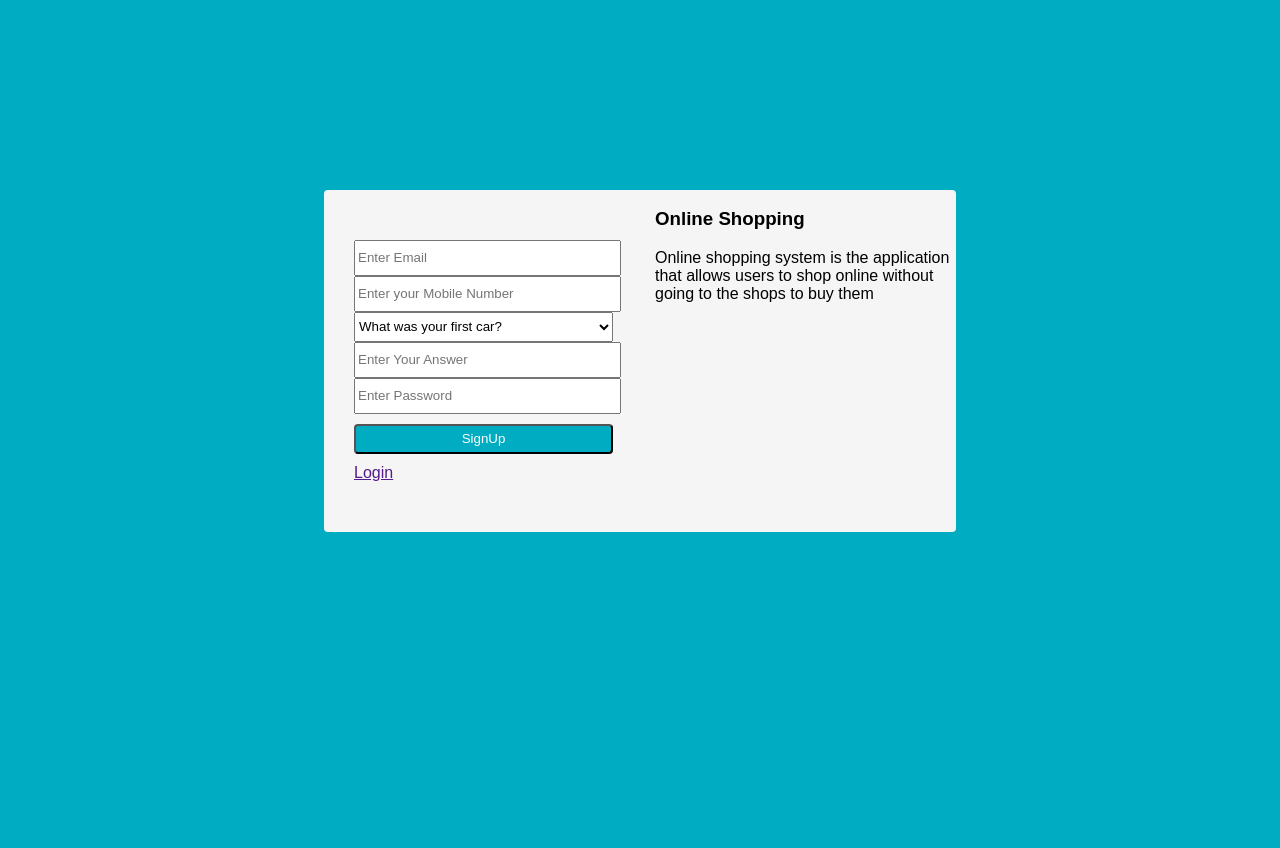
Repository: NidhiDaniel/E-Cart
Page: http://localhost/Online-Shopping-Cart/login.jsp
An editor plug-in stored every save of this project. The page is shown before and after the next save, followed by the edit.
The browser window is 1280 px wide. The pictures show the whole page.
The page is served by Tomcat 9.

Above is the page before, as saved 2024-01-03 09:29:53.

After the next save:
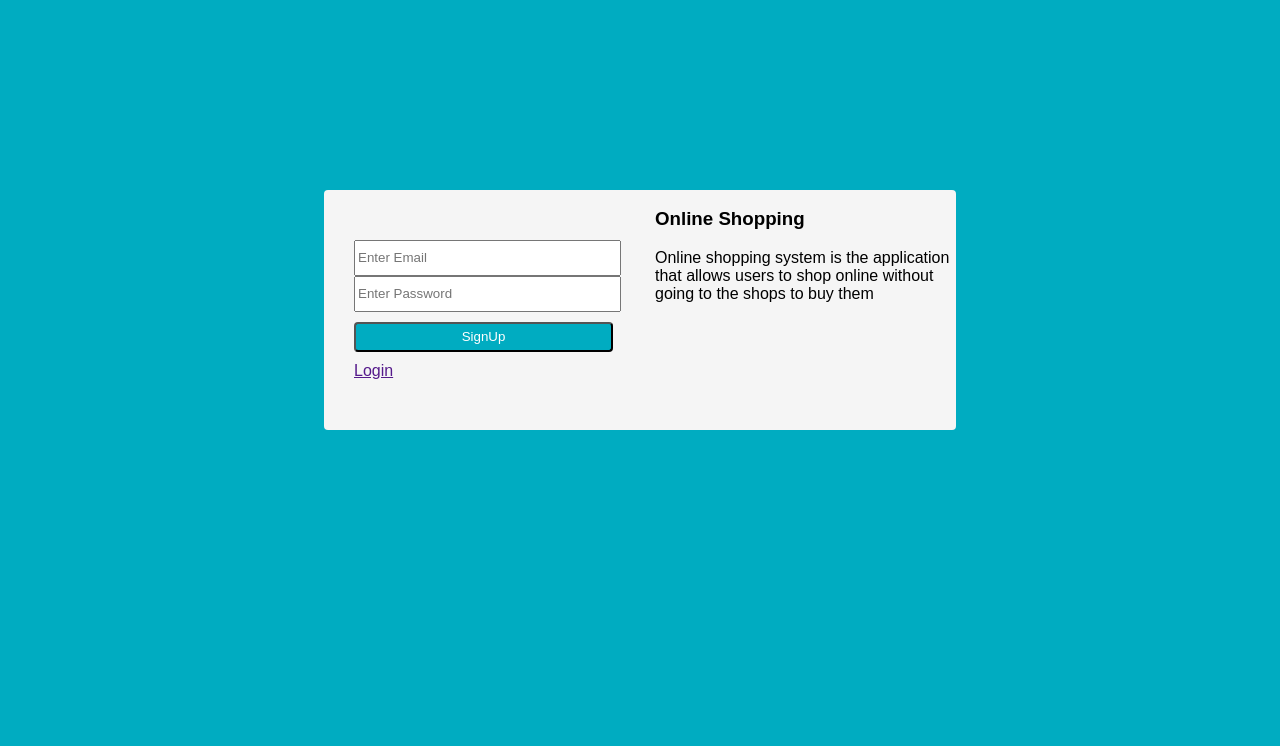
Saved 10 s later.
--- a/Online-Shopping-Cart/src/main/webapp/login.jsp
+++ b/Online-Shopping-Cart/src/main/webapp/login.jsp
@@ -12,14 +12,6 @@
 		<div class="left-div">
 			<form action="loginaction.jsp" method="post">
 				<input type="email"name="email" placeholder="Enter Email">
-				<input type="number" name="mobile" placeholder="Enter your Mobile Number">
-				<select name="security_question">
-					<option>What was your first car?</option>
-					<option>What is your first school?</option>
-					<option>What is your pet name?</option>
-					<option>Who was your best friend?</option>
-				</select>
-				<input type="text" name="answer" placeholder="Enter Your Answer">
 				<input type="password"
 					name="password" placeholder="Enter Password">
 				<input type="submit" value="SignUp">
